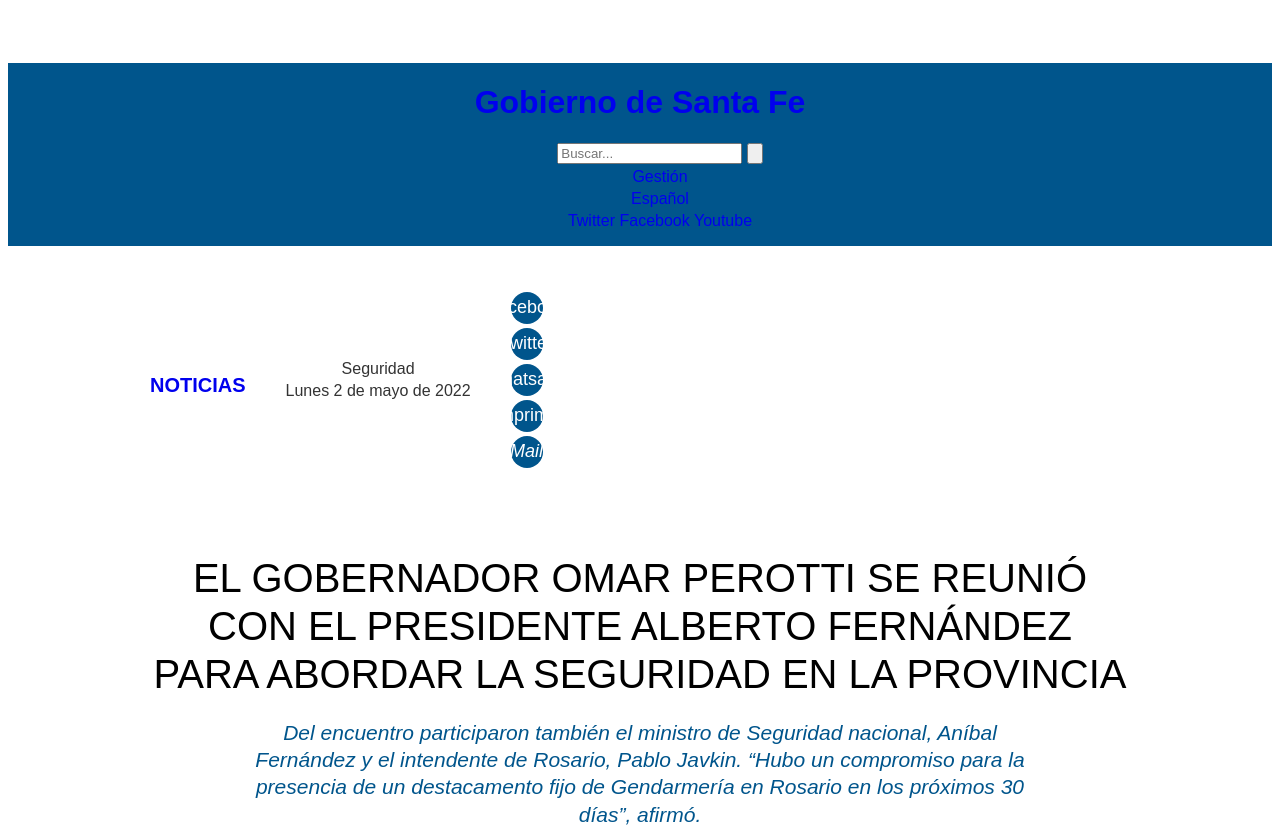
Repository: Larrowo/LPPA
Page: Clase 4/index.html
The author's editor kept a copy of each file at every save. The page is drawn from the files as they stood at one save, then again after the next save.
The browser window is 1280 px wide. The pictures show the part of the page from y = 0 to 829 px (the page is 2920 px tall before and 2957 px after).
A picture or video elsewhere on the page could not be fetched, so the positions and the page height are approximate.

Above is the page before, as saved 2022-05-03 13:28:52.

After the next save:
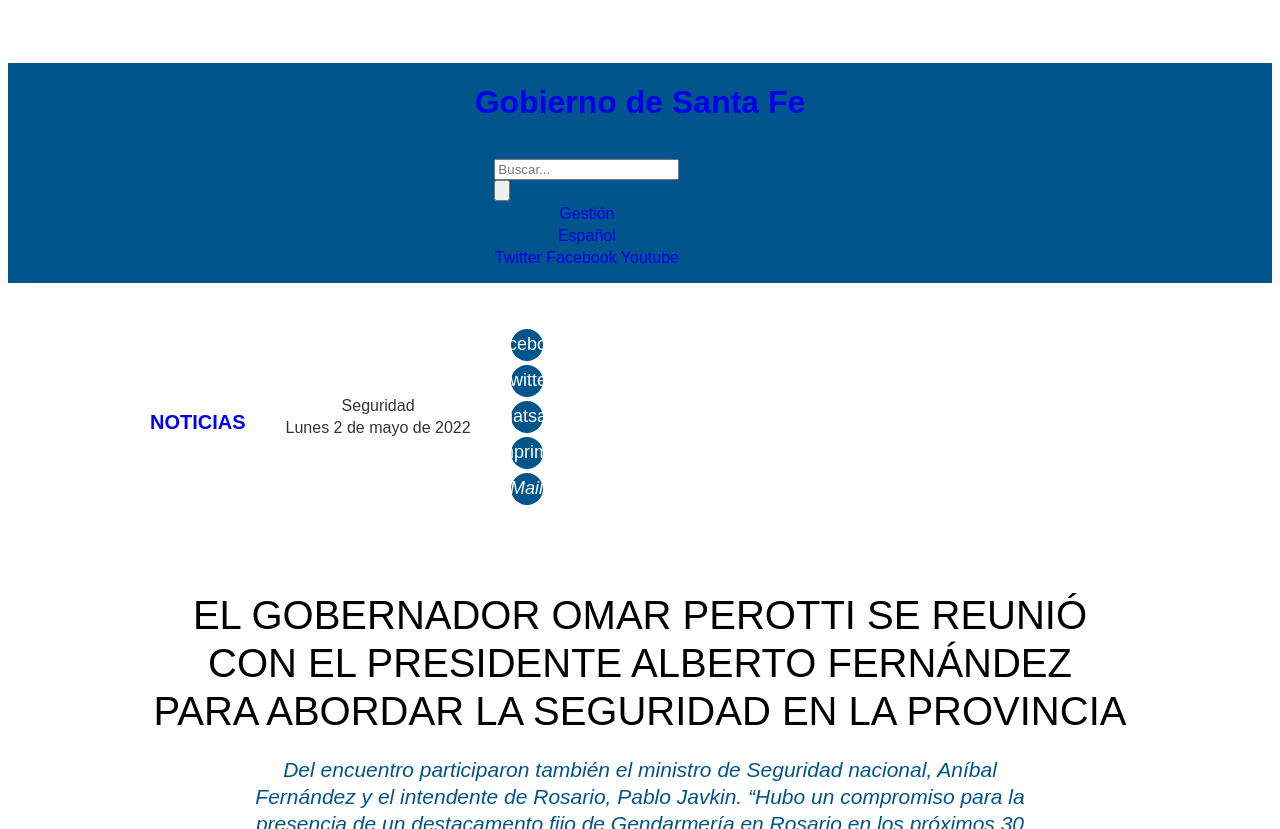
Saved 92 s later.
--- a/Clase 4/style.css
+++ b/Clase 4/style.css
@@ -84,6 +84,21 @@
     background-color: #00558c;
   }
 
+  #site-header .nav-header {
+    width: calc(100% - 126px);
+    z-index: 2;
+    -webkit-box-shadow: none;
+    box-shadow: none;
+    height: auto;
+    background: transparent;
+    position: static;
+    display: -webkit-box;
+    display: -ms-flexbox;
+    display: flex;
+    -webkit-box-pack: end;
+    -ms-flex-pack: end;
+    justify-content: flex-end;
+}
 
 
 #header-post {

After the save that followed:
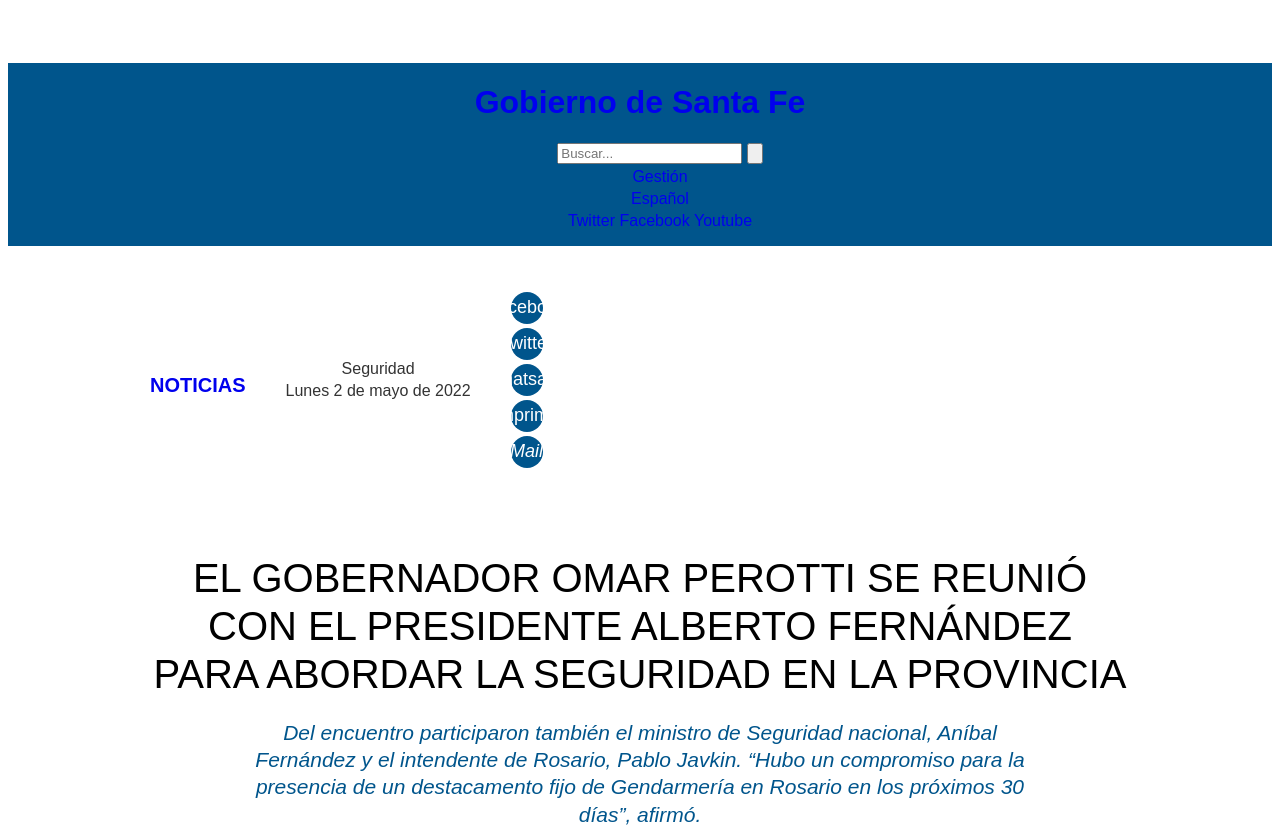
Saved 8 s later.
--- a/Clase 4/style.css
+++ b/Clase 4/style.css
@@ -84,21 +84,7 @@
     background-color: #00558c;
   }
 
-  #site-header .nav-header {
-    width: calc(100% - 126px);
-    z-index: 2;
-    -webkit-box-shadow: none;
-    box-shadow: none;
-    height: auto;
-    background: transparent;
-    position: static;
-    display: -webkit-box;
-    display: -ms-flexbox;
-    display: flex;
-    -webkit-box-pack: end;
-    -ms-flex-pack: end;
-    justify-content: flex-end;
-}
+
 
 
 #header-post {
